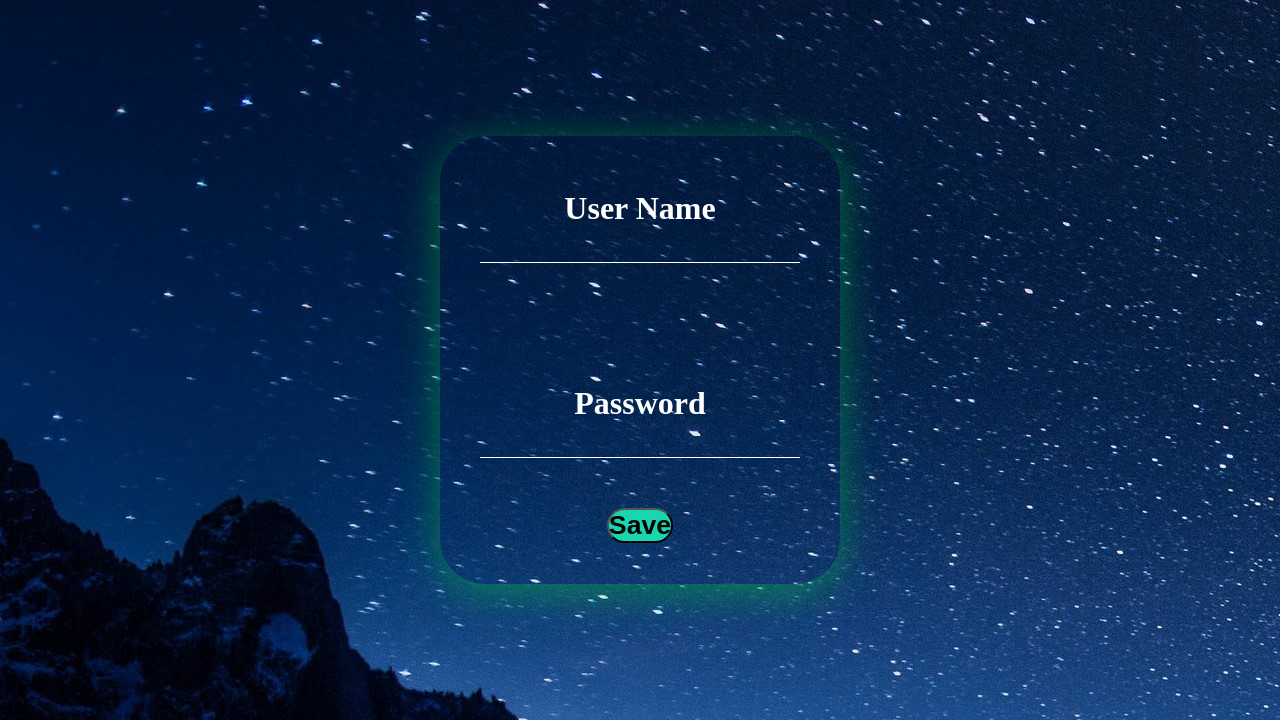
Repository: rkrukshan/Glass_Login_CSS
Page: login.html
These files come from the project's save history. The page is drawn as it stood at one moment and after a run of saves; the edit follows.
The browser window is 1280 px wide. The pictures show the whole page.

Above is the page before, as saved 2023-10-03 20:28:46.

### login.html
<!DOCTYPE html>
<html lang="en">

<head>
    <style>
        * {
            margin: 0;
            padding: 0;
            box-sizing: border-box;
            cursor: pointer;
        }

        body {
            height: 100vh;
            width: 100%;
            display: flex;
            justify-content: center;
            align-items: center;
        }

        form {
            width: 25rem;
            height: 28rem;
            flex-direction: column;
            box-shadow: 0 8px 41px 0 rgba(0, 254, 59, 0.37);
            border-radius: 45px;
            background: transparent;
        }

        input {
            width: 80%;
            margin: 5% auto;
            margin-bottom: 8%;
            border: none;
            outline: none;
            background: transparent;
            color: white;
            border-bottom: 1px solid rgb(255, 255, 255);
        }

        button {
            background-color: rgb(23, 214, 176);
            border-radius: 50px;

        }
    </style>
    <meta charset="UTF-8">
    <meta name="viewport" content="width=device-width, initial-scale=1.0">
    <title>Document</title>
</head>

<body style="background-image: url(images/2.jpg);">
    <form action="">
            <br><br><br>
            <center><label for="" style="color:white">
                    <h1><strong>User Name</strong></h1>
                </label>
                <input type="text">
            </center>
            <br><br><br><br><br>
            <center><label for="" style="color:white">
                    <h1><strong>Password</strong></h1>
                    <input type="text">
                </label></center>
            <br>
        <center>

            <button><h1>Save</h1></button>
        </center>
    </form>
</body>

</html>

After the next 4 saves:
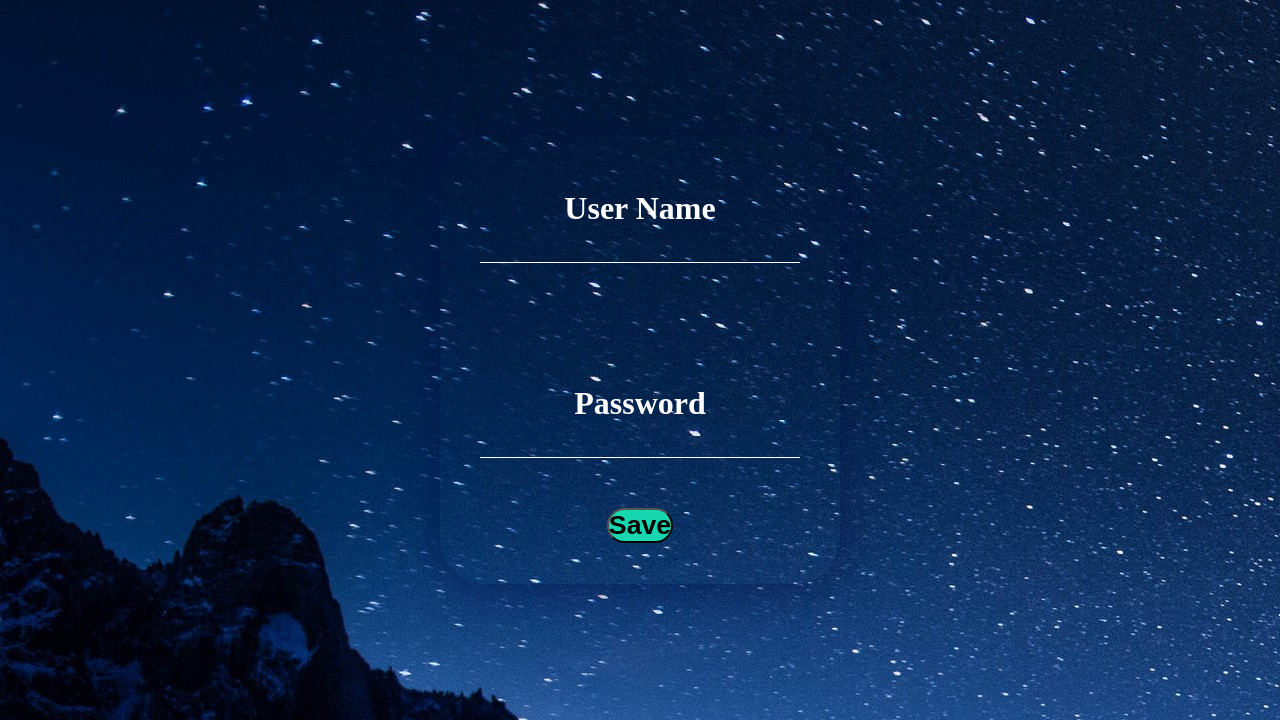
The 4 saves are shown as one change because they came seconds apart.
The last was saved 12 s later.
--- a/login.html
+++ b/login.html
@@ -22,7 +22,7 @@
             width: 25rem;
             height: 28rem;
             flex-direction: column;
-            box-shadow: 0 8px 41px 0 rgba(0, 254, 59, 0.37);
+            box-shadow: 0 8px 41px 0 rgba(3, 2, 63, 0.37);
             border-radius: 45px;
             background: transparent;
         }
